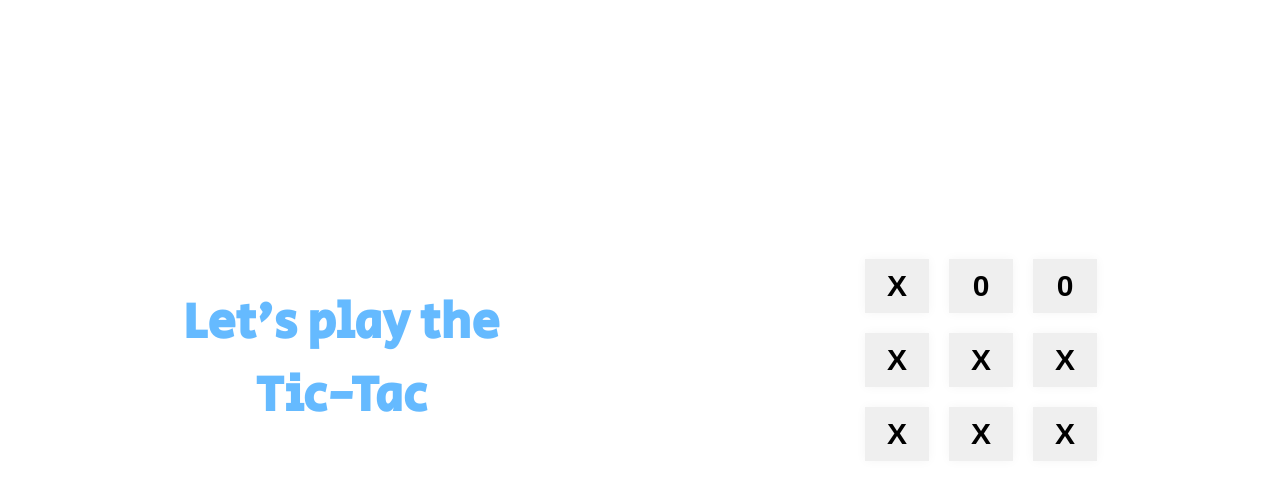
Repository: evergreenx/tic-tac
Page: /
These files come from the project's save history. The page is drawn as it stood at one moment and after a run of saves; the edit follows.
The browser window is 1280 px wide. The pictures show the whole page.
The project was rebuilt for these pictures with package versions that can differ from the ones it lists, and the page was loaded fresh each time.

Above is the page before, as saved 2022-04-20 19:51:52.

After the next 3 saves:
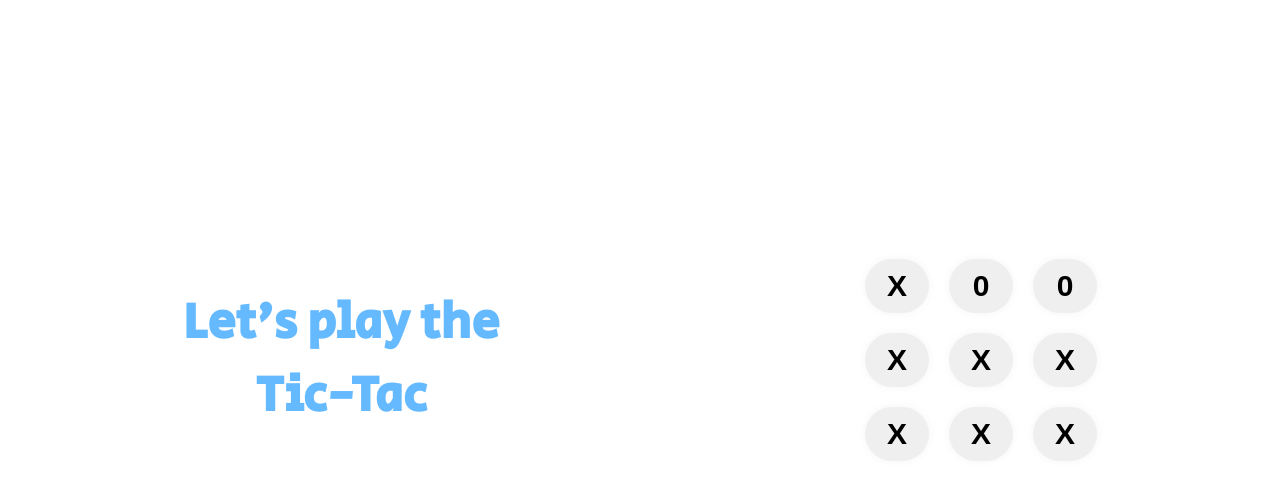
The 3 saves are shown as one change because they came seconds apart.
The last was saved 12 s later.
--- a/src/components/Board/Board.scss
+++ b/src/components/Board/Board.scss
@@ -11,7 +11,7 @@
     cursor: pointer;
     outline: none;
         box-shadow: 0px 0px 10px #f5f5f5;
-
+border-radius: 30px;
 
 
     &:hover {
